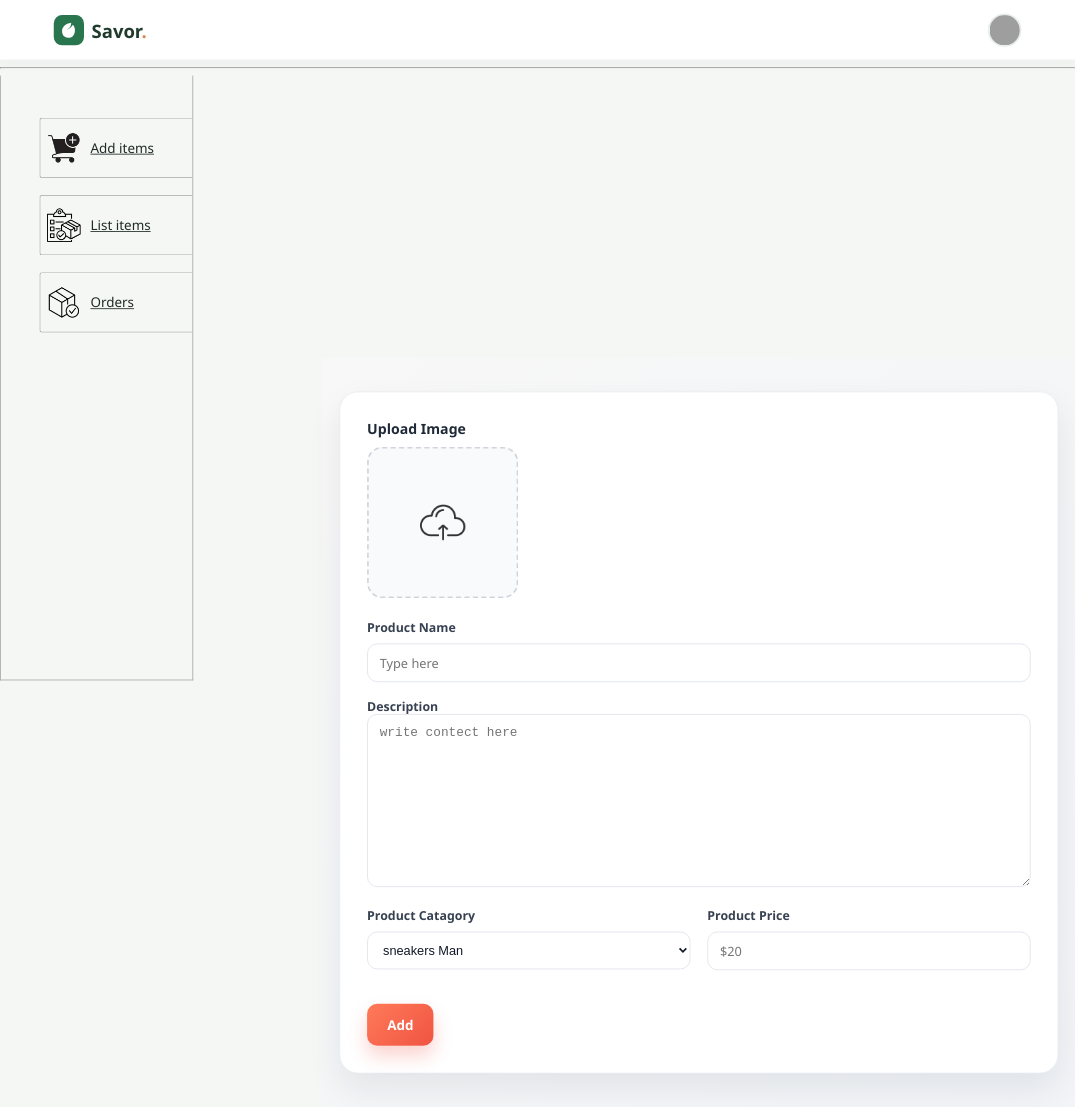
Repository: prince44991/Ecommerce-Project-Full-Stack
Page: /Additem (app in admin/my-react-app/)
The author's editor kept a copy of each file at every save. The page is drawn from the files as they stood at one save, then again after the next save.
The browser window is 1280 px wide. The pictures show the whole page, at 84% of full size.
Pictures or frames that could not be fetched are drawn as grey boxes. The project was rebuilt for these pictures with package versions that can differ from the ones it lists, and the page was loaded fresh each time. Also part of the build but not shown: admin/my-react-app/vite.config.js, admin/my-react-app/src/pages/Order/Order.jsx, admin/my-react-app/src/pages/List/List.jsx.

Above is the page before, as saved 2026-09-29 21:18:54.

### admin/my-react-app/index.html
<!doctype html>
<html lang="en">
  <head>
    <meta charset="UTF-8" />
    <link rel="icon" type="image/svg+xml" href="/favicon.svg" />
    <meta name="viewport" content="width=device-width, initial-scale=1.0" />
    <title>my-react-app</title>
  </head>
  <body>
    <div id="root"></div>
    <script type="module" src="/src/main.jsx"></script>
  </body>
</html>

### admin/my-react-app/src/index.css
:root {
  font-family: 'DM Sans', 'Segoe UI', sans-serif;
  font-synthesis: none;
  text-rendering: optimizeLegibility;
  -webkit-font-smoothing: antialiased;
  -moz-osx-font-smoothing: grayscale;
  font-optical-sizing: auto;
  font-weight: 400;
  color: #202a27;
  background: #f5f7f5;
}

* {
  box-sizing: border-box;
}

body {
  min-width: 320px;
  min-height: 100vh;
  margin: 0;
}

button,
input {
  font: inherit;
}

a {
  color: inherit;
}

### admin/my-react-app/src/App.jsx
import Navbar from './components/Navbar/Navbar.jsx'
import Sliderbar from './components/Sliderbar/Sliderbar.jsx'
import { BrowserRouter, Route, Routes } from "react-router-dom"
import Add from './pages/Add/Add.jsx'
import Order from './pages/Order/Order.jsx'
import List from './pages/List/List.jsx'
function App() {
  return (
    <>
    <BrowserRouter>
    <Navbar />
    <hr/>
    <Sliderbar/>
    <Routes>
      <Route path='/Additem' element={<Add/>} />
      <Route path='/Listitem' element={<List/>} />
      <Route path='/Orders' element={<Order/>} />
    </Routes>
    </BrowserRouter>
    </>
  )
}

export default App

### admin/my-react-app/src/components/Navbar/Navbar.jsx
import React from 'react'
import './Navbar.css'

const Navbar = () => {
  return (
    <header className="navbar">
      <a className="navbar__brand" href="#dashboard" aria-label="Savor admin dashboard">
        <span className="navbar__logo" aria-hidden="true">
          <svg viewBox="0 0 32 32" fill="none">
            <path d="M16 27c-6.2 0-10-4.2-10-9.7C6 11.6 10.5 6 19.5 5c-.2 5.6-2.7 8.3-6.8 10.2 3.4-1.1 7-3.7 9.2-7.4C27.7 14 24.8 27 16 27Z" fill="currentColor" />
            <path d="M9 23c3.2-4.2 6.1-6.3 10.8-8.4" stroke="white" strokeWidth="1.8" strokeLinecap="round" />
          </svg>
        </span>
        <span className="navbar__name">Savor<span>.</span></span>
      </a>

      <img
        className="navbar__avatar"
        src="https://images.unsplash.com/photo-1534528741775-53994a69daeb?auto=format&fit=crop&w=128&h=128&q=80"
        alt="Admin profile"
      />
    </header>
  )
}

export default Navbar

### admin/my-react-app/src/components/Sliderbar/Sliderbar.jsx
import React from 'react'
import './Sliderbar.css'
import item from '../../assets/add-to-cart.png';
import list from '../../assets/list-items.png';
import order from '../../assets/package.png';
import { NavLink } from 'react-router-dom';
const Sliderbar = () => {
  return (
    <div>
    <div className="sidebar">
        <div className="sidbar-options">
            <div className="sidbar-option">
                <img src={item} alt="" />
                <NavLink to="/Additem"><p className='par'>Add items</p></NavLink>
            </div>
            <div className="sidbar-option">
                <img src={list} alt="" />
                <NavLink to="/Listitem"><p className='par'>List items</p></NavLink>
            </div>
            <div className="sidbar-option">
                <img src={order} alt="" />
                <NavLink to="/Orders"><p className='par'>Orders</p></NavLink>
            </div>
        </div>
    </div>
    </div>
  )
}

export default Sliderbar

### admin/my-react-app/src/pages/Add/Add.jsx
/** @format */

import React from "react";
import cloud from "../../assets/cloud-computing.png";
import "./Add.css";
const Add = () => {
  return (
    <div className="add">
      <form>
        <div className="add-img-upload flex-col mt-4">
          <h4>Upload Image</h4>
          <label htmlFor="image">
            <img src={cloud} />
          </label>
          <input type="file" id="image" hidden required />
        </div>
        <div className="add-product-name flex-col">
          <p>product name</p>
          <input type="text" name="name" placeholder="Type here" id="image" />
        </div>
        <div className="add-product-description">
          <p>description</p>
          <textarea
            name="description"
            rows="10"
            cols="30"
            placeholder="write contect here"
          ></textarea>
        </div>
        <div className="add-catagory-price">
          <div className="add-catagory flex-col">
            <p>Product catagory</p>
            <select name="catagory">
              <option value="sneakers Man">sneakers Man</option>
              <option value="Loafers">Loafers</option>
              <option value="Sports & Athletic Shoes">
                Sports & Athletic Shoes
              </option>
              <option value="Oxfords">Oxfords</option>
              <option value="Chelsea Boots">Chelsea Boots</option>
              <option value="Flats / Ballerinas">Flats / Ballerinas</option>
              <option value="Heels">Heels</option>
              {/* <option value="Chelsea Boots"></option> */}
            </select>
          </div>

          <div className="add-price flex-col">
            <p>product price</p>
            <input type="number" name="price" placeholder="$20" />
          </div>
        </div>
        <button>Add</button>
      </form>
    </div>
  );
};

export default Add;

### admin/my-react-app/src/components/Navbar/Navbar.css
.navbar {
	display: flex;
	width: 100%;
	min-height: 72px;
	align-items: center;
	justify-content: space-between;
	gap: 24px;
	padding: 0 clamp(18px, 5vw, 64px);
	border-bottom: 1px solid #e8eeea;
	background: #fff;
	box-shadow: 0 3px 14px rgb(30 59 43 / 5%);
}

.navbar__brand {
	display: inline-flex;
	flex: 0 0 auto;
	align-items: center;
	gap: 9px;
	color: #203a2d;
	text-decoration: none;
}

.navbar__logo {
	display: grid;
	width: 36px;
	height: 36px;
	place-items: center;
	border-radius: 10px;
	color: #fff;
	background: #28754e;
}

.navbar__logo svg {
	width: 26px;
	height: 26px;
}

.navbar__name {
	font-size: 22px;
	font-weight: 700;
}

.navbar__name span {
	color: #d98750;
}

.navbar__avatar {
	width: 40px;
	height: 40px;
	flex: 0 0 auto;
	border: 2px solid #e7eee9;
	border-radius: 50%;
	object-fit: cover;
	object-position: center 38%;
}

.navbar__brand:focus-visible {
	outline: 2px solid #28754e;
	outline-offset: 4px;
}

@media (max-width: 560px) {
	.navbar {
		min-height: 64px;
		gap: 18px;
		padding: 0 18px;
	}
}

### admin/my-react-app/src/components/Sliderbar/Sliderbar.css
img{
    width: 40px;
}

.sidebar{
    width: 18%;
     min-height: 100vh;
    border: 1.5px solid #a9a9a9;
    border-top: 0;
}
.sidbar-options{
    padding-top: 50px;
    padding-left: 20%;
    display: flex;
    flex-direction: column;
    gap: 20px;
}
.sidbar-option{
    display: flex;
     align-items: center;
    gap: 12px;
    border: 1px solid #a9a9a9;
    border-right: 0;
    padding: 8px;
    border-radius: 3px 0px 0px 3px;
    cursor: pointer;
     /* text-decoration: none; */
}
.par{
    text-decoration: none;
}

### admin/my-react-app/src/pages/Add/Add.css
.add {
  display: flex;
  justify-content: center;
  align-items: flex-start;
  padding: 40px 20px;
  background: linear-gradient(135deg, #f8f8f8 0%, #f2f4f8 100%);
  min-height: calc(100vh - 80px);
  margin-top:-30vw;
  margin-left: 30vw;
}

.add form {
  width: min(860px, 100%);
  background: #ffffff;
  border: 1px solid #e9ebf0;
  border-radius: 22px;
  padding: 32px;
  box-shadow: 0 18px 40px rgba(17, 24, 39, 0.08);
}

.flex-col {
  display: flex;
  flex-direction: column;
  gap: 10px;
}

.add-img-upload {
  margin-bottom: 24px;
}

.add-img-upload h4 {
  margin: 0;
  font-size: 1.05rem;
  font-weight: 700;
  color: #1f2937;
}

.add-img-upload label {
  width: 180px;
  height: 180px;
  border: 2px dashed #d1d5db;
  border-radius: 18px;
  background: #f9fafb;
  display: flex;
  justify-content: center;
  align-items: center;
  cursor: pointer;
  transition: all 0.25s ease;
}

.add-img-upload label:hover {
  border-color: #ff7a59;
  background: #fff4f1;
}

.add-img-upload img {
  width: 54px;
  height: 54px;
  object-fit: contain;
  opacity: 0.8;
}

.add-product-name,
.add-product-description,
.add-catagory,
.add-price {
  margin-bottom: 18px;
}

.add-product-name p,
.add-product-description p,
.add-catagory p,
.add-price p {
  margin: 0;
  font-size: 0.92rem;
  font-weight: 600;
  text-transform: capitalize;
  color: #374151;
}

.add input,
.add textarea,
.add select {
  width: 100%;
  border: 1px solid #dfe3ea;
  border-radius: 12px;
  padding: 12px 14px;
  background: #ffffff;
  color: #111827;
  font-size: 0.95rem;
  transition: border 0.2s ease, box-shadow 0.2s ease;
}

.add input:focus,
.add textarea:focus,
.add select:focus {
  outline: none;
  border-color: #ff855a;
  box-shadow: 0 0 0 4px rgba(255, 133, 90, 0.12);
}

.add textarea {
  min-height: 140px;
  resize: vertical;
}

.add-catagory-price {
  display: grid;
  grid-template-columns: repeat(2, minmax(220px, 1fr));
  gap: 20px;
  margin-bottom: 22px;
}

.add button {
  border: none;
  border-radius: 12px;
  background: linear-gradient(135deg, #ff7a59 0%, #f05442 100%);
  color: #fff;
  font-size: 1rem;
  font-weight: 700;
  padding: 14px 24px;
  cursor: pointer;
  transition: transform 0.2s ease, box-shadow 0.2s ease;
  box-shadow: 0 12px 22px rgba(240, 84, 66, 0.25);
}

.add button:hover {
  transform: translateY(-1px);
  box-shadow: 0 16px 28px rgba(240, 84, 66, 0.28);
}

@media (max-width: 640px) {
  .add {
    padding: 20px 14px;
  }

  .add form {
    padding: 20px 16px;
    border-radius: 16px;
  }

  .add-catagory-price {
    grid-template-columns: 1fr;
    gap: 14px;
  }

  .add-img-upload label {
    width: 100%;
    max-width: 210px;
    height: 150px;
  }
}

Loaded but not shown: admin/my-react-app/src/main.jsx (common file)

After the next save:
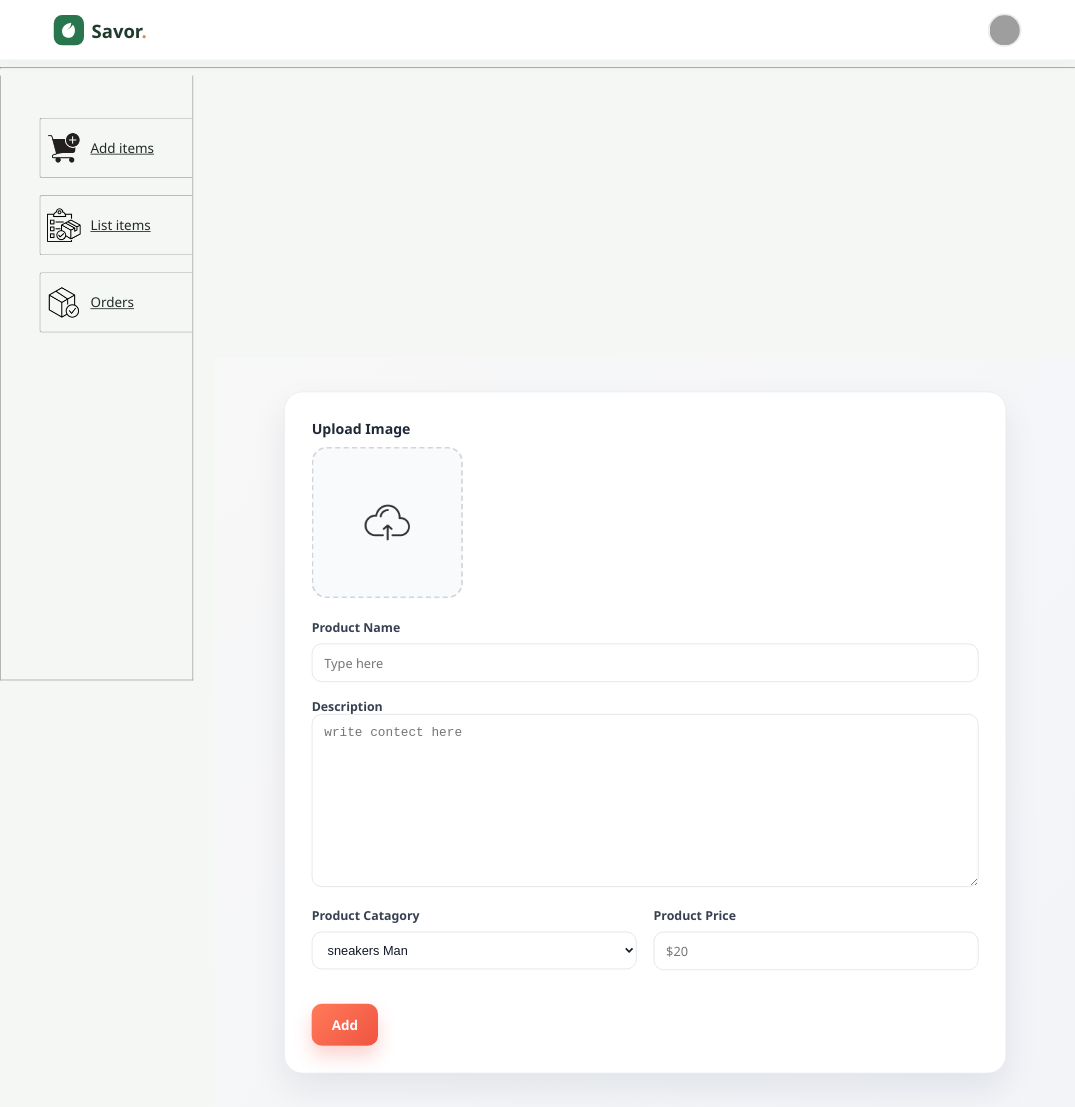
Saved 11 s later.
--- a/admin/my-react-app/src/pages/Add/Add.css
+++ b/admin/my-react-app/src/pages/Add/Add.css
@@ -6,7 +6,7 @@
   background: linear-gradient(135deg, #f8f8f8 0%, #f2f4f8 100%);
   min-height: calc(100vh - 80px);
   margin-top:-30vw;
-  margin-left: 30vw;
+  margin-left: 20vw;
 }
 
 .add form {
